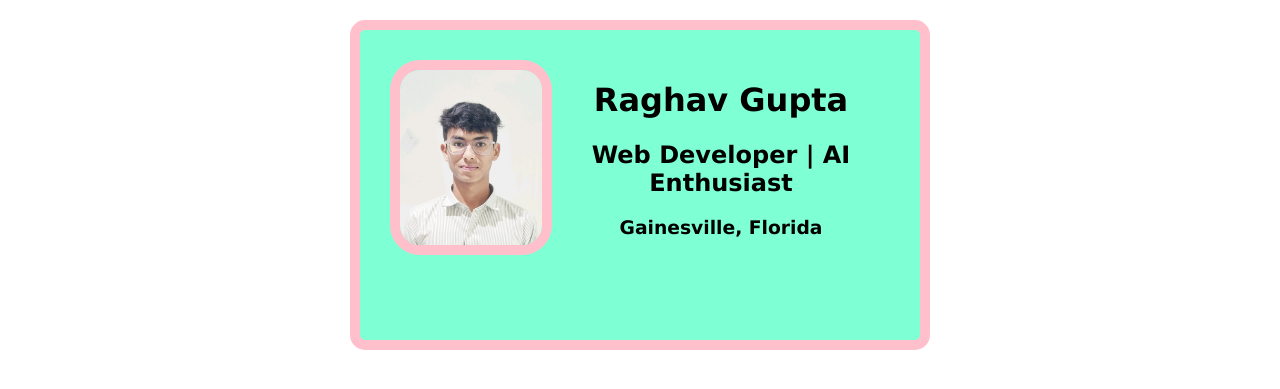
Repository: raghhavv03/html-css-practice
Page: css-task-2/index.html
The author's editor kept a copy of each file at every save. The page is drawn from the files as they stood at one save, then again after a run of saves.
The browser window is 1280 px wide. The pictures show the whole page.

Above is the page before, as saved 2026-02-04 04:15:34.

After the next 2 saves:
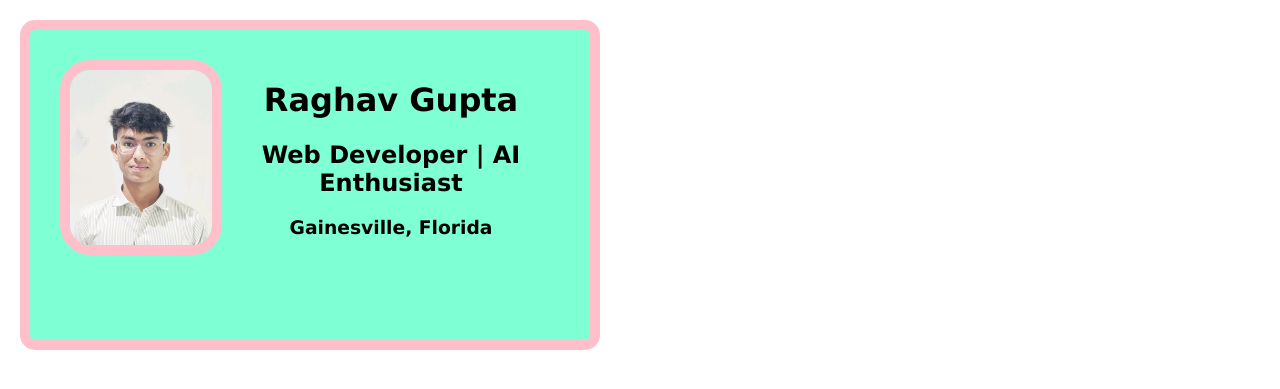
The 2 saves are shown as one change because they came seconds apart.
The last was saved 3 min 53 s later.
--- a/css-task-2/style.css
+++ b/css-task-2/style.css
@@ -10,8 +10,7 @@
     border-radius: 15px;
     padding: 30px;
     display: flex;
-    margin-left: auto;
-    margin-right: auto;
+    margin: 0
     justify-content: space-around;
 }
 

After the save that followed:
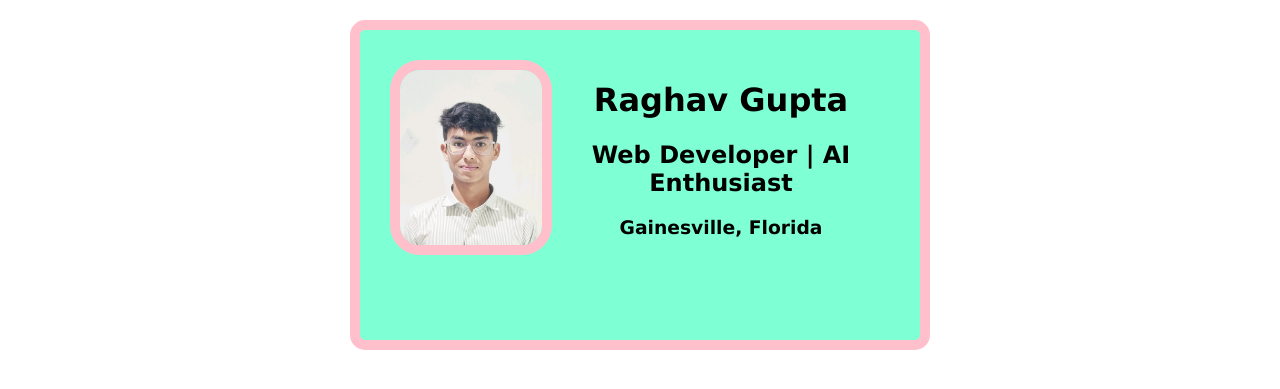
Saved 4 s later.
--- a/css-task-2/style.css
+++ b/css-task-2/style.css
@@ -10,7 +10,7 @@
     border-radius: 15px;
     padding: 30px;
     display: flex;
-    margin: 0
+    margin: 0 auto;
     justify-content: space-around;
 }
 
